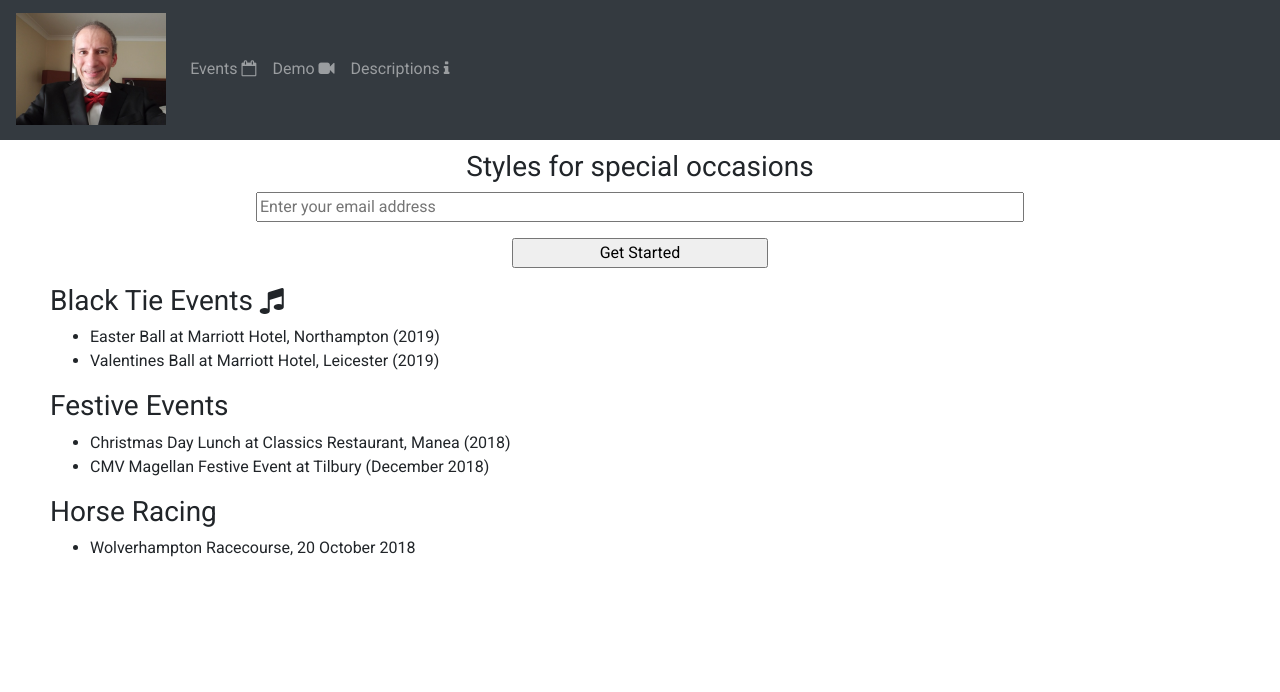
Repository: derektypist/product-landing-page
Page: index.html
The author's editor kept a record of every edit. The page is drawn from the files as they stood at one moment, then again after the next edit.
The browser window is 1280 px wide. The pictures show the whole page.

Above is the page before.
Console error (its wording comes from the project's code and is left out).

After the next edit:
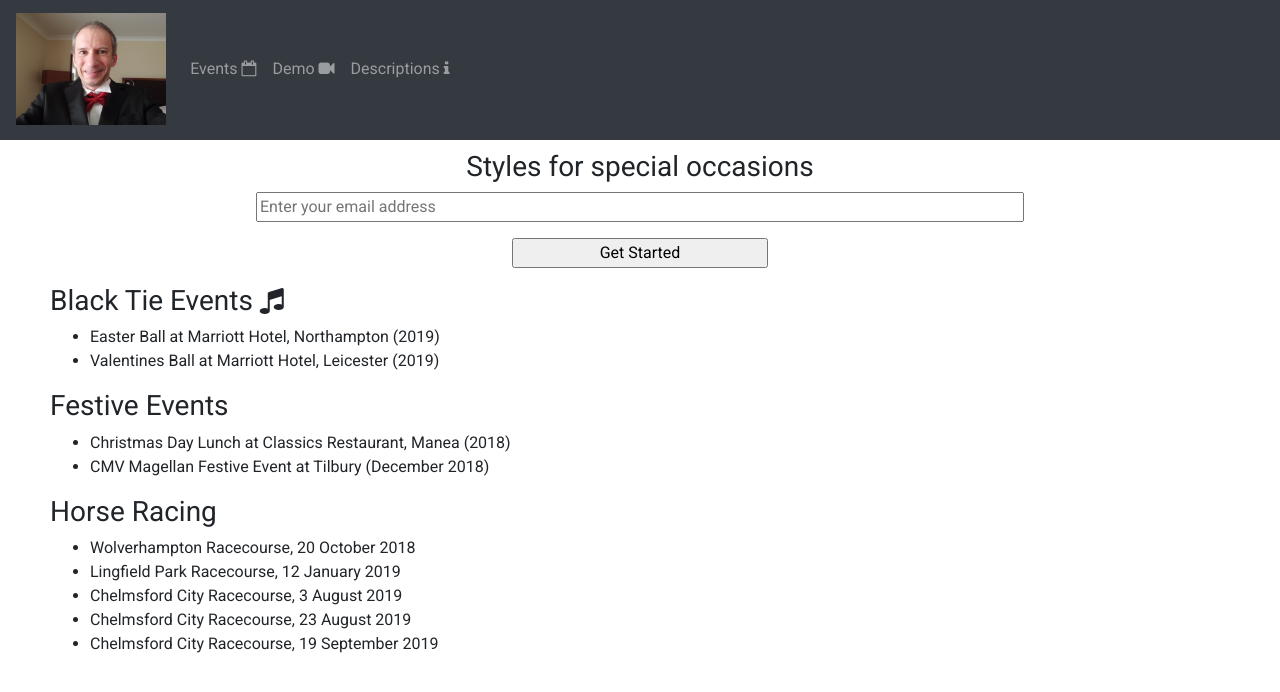
The edit:
--- a/index.html
+++ b/index.html
@@ -120,6 +120,10 @@
                 <!-- Provide List Items -->
                 <ul>
                     <li>Wolverhampton Racecourse, 20 October 2018</li>
+                    <li>Lingfield Park Racecourse, 12 January 2019</li>
+                    <li>Chelmsford City Racecourse, 3 August 2019</li>
+                    <li>Chelmsford City Racecourse, 23 August 2019</li>
+                    <li>Chelmsford City Racecourse, 19 September 2019</li>
                 </ul>
             </article>
         </section>
